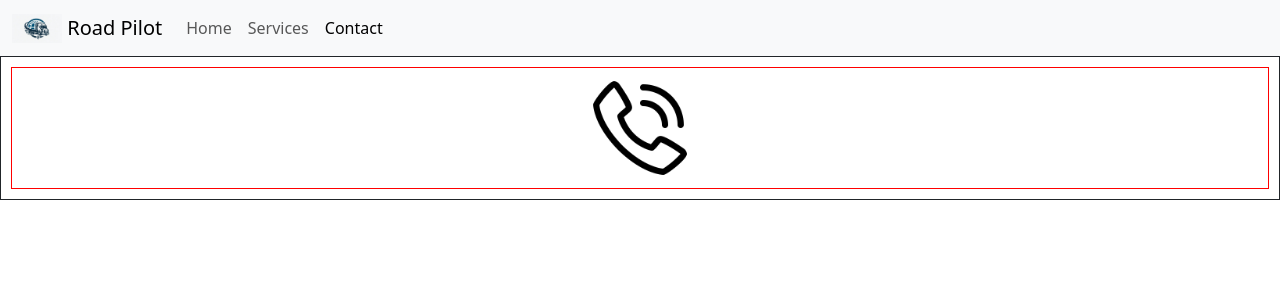
Repository: VictoriousMango/WebCreator
Page: pages/contact.html
These files come from the project's save history. The page is drawn as it stood at one moment and after a run of saves; the edit follows.
The browser window is 1280 px wide. The pictures show the whole page.

Above is the page before, as saved 2024-11-09 12:37:21.

### pages/contact.html
<!DOCTYPE html>
<html lang="en">

<head>
    <meta charset="UTF-8">
    <meta name="viewport" content="width=device-width, initial-scale=1.0">
    <title>Web Creator</title>
    <link href="https://cdn.jsdelivr.net/npm/bootstrap@5.3.3/dist/css/bootstrap.min.css" rel="stylesheet"
        integrity="sha384-QWTKZyjpPEjISv5WaRU9OFeRpok6YctnYmDr5pNlyT2bRjXh0JMhjY6hW+ALEwIH" crossorigin="anonymous">
    <link rel="stylesheet" href="../assets/css/contact.css">
</head>

<body>
    <!-- Navbar -->
    <nav class="navbar navbar-expand-lg bg-body-tertiary">
        <div class="container-fluid">
            <a class="navbar-brand" href="#">
                <img src="../assets/images/Logo.png" alt="Logo" width="50px" class="d-inline-block align-text-top">
                Road Pilot
            </a>
            <button class="navbar-toggler" type="button" data-bs-toggle="collapse" data-bs-target="#navbarNav"
                aria-controls="navbarNav" aria-expanded="false" aria-label="Toggle navigation">
                <span class="navbar-toggler-icon"></span>
            </button>
            <div class="collapse navbar-collapse" id="navbarNav">
                <ul class="navbar-nav">
                    <li class="nav-item">
                        <a class="nav-link" href="../">Home</a>
                    </li>
                    <li class="nav-item">
                        <a class="nav-link" href="./services.html">Services</a>
                    </li>
                    <li class="nav-item">
                        <a class="nav-link active" aria-current="page" href="#">Contact</a>
                    </li>
                </ul>
            </div>
        </div>
    </nav>
    <!-- NavBar -->

    <!-- Contact -->
    <div class="contact">
        <!-- div for icons -->
         <div class="contact__links">
            <!-- phone number -->
             <img class="contact__linksIMG" src="../assets/images/contact__phone.png" alt="">

            <!-- Social Media Links -->
         </div>
    </div>
    <!-- Contact -->
    <!-- Scripts -->
    <script src="https://cdn.jsdelivr.net/npm/bootstrap@5.3.3/dist/js/bootstrap.bundle.min.js"
        integrity="sha384-YvpcrYf0tY3lHB60NNkmXc5s9fDVZLESaAA55NDzOxhy9GkcIdslK1eN7N6jIeHz"
        crossorigin="anonymous"></script>
    <script src="https://cdn.jsdelivr.net/npm/@popperjs/core@2.11.8/dist/umd/popper.min.js"
        integrity="sha384-I7E8VVD/ismYTF4hNIPjVp/Zjvgyol6VFvRkX/vR+Vc4jQkC+hVqc2pM8ODewa9r"
        crossorigin="anonymous"></script>
    <script src="https://cdn.jsdelivr.net/npm/bootstrap@5.3.3/dist/js/bootstrap.min.js"
        integrity="sha384-0pUGZvbkm6XF6gxjEnlmuGrJXVbNuzT9qBBavbLwCsOGabYfZo0T0to5eqruptLy"
        crossorigin="anonymous"></script>
</body>

</html>

### assets/css/contact.css
.contact {
    border: 1px solid;
    padding: 10px;
}

.contact__links {
    display: flex;
    justify-content: space-evenly;
    border: 1px solid red;
    padding: 10px;
}

.contact__linksIMG {
    width: 100px;
}

After the next 2 saves:
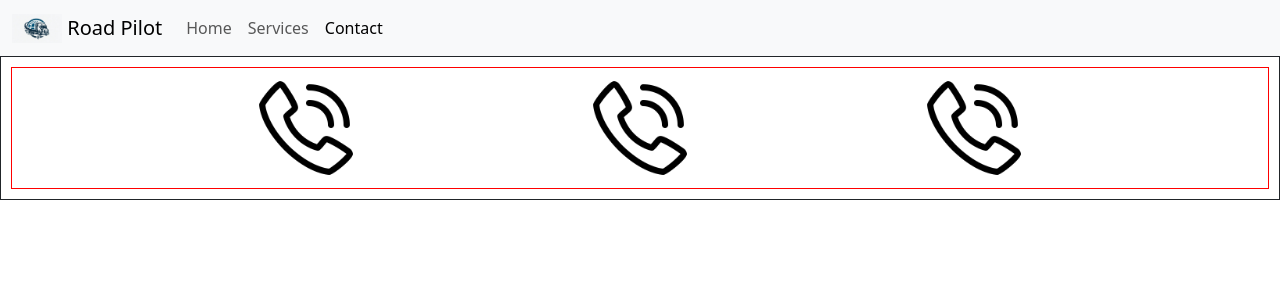
The 2 saves are shown as one change because they came seconds apart.
The last was saved 2 min 28 s later.
--- a/pages/contact.html
+++ b/pages/contact.html
@@ -45,6 +45,8 @@
          <div class="contact__links">
             <!-- phone number -->
              <img class="contact__linksIMG" src="../assets/images/contact__phone.png" alt="">
+             <img class="contact__linksIMG" src="../assets/images/contact__phone.png" alt="">
+             <img class="contact__linksIMG" src="../assets/images/contact__phone.png" alt="">
 
             <!-- Social Media Links -->
          </div>
